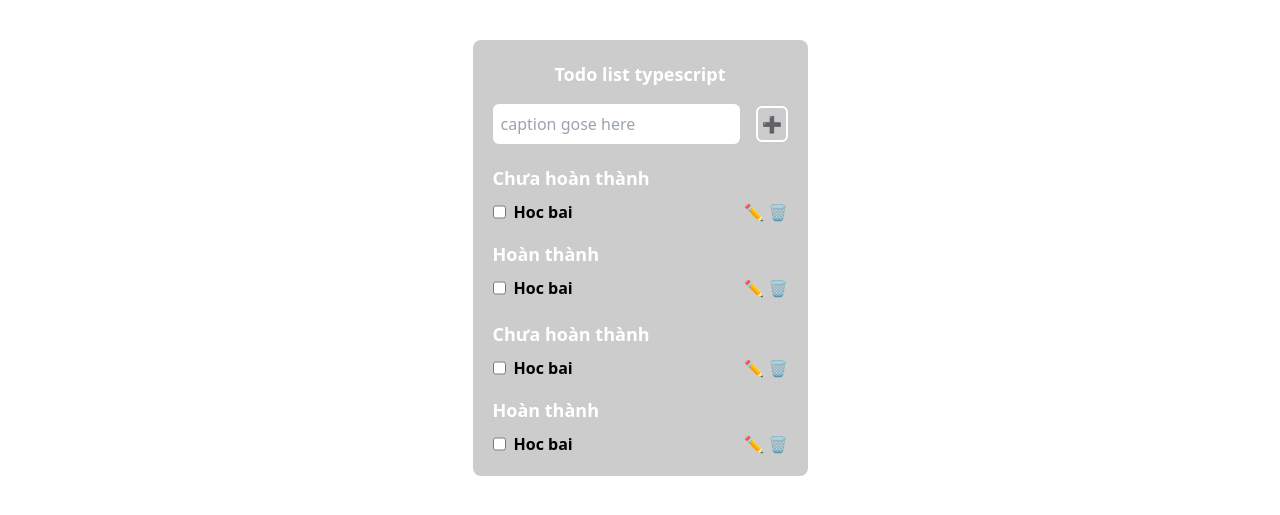
Repository: VIET-TU/react-super-main
Page: / (app in todolist-mybuild/)
An editor plug-in stored every save of this project. The page is shown before and after a run of saves, followed by the edit.
The browser window is 1280 px wide. The pictures show the whole page.
The project was rebuilt for these pictures with package versions that can differ from the ones it lists, and the page was loaded fresh each time. Also part of the build but not shown: todolist-mybuild/vite.config.ts.

Above is the page before, as saved 2023-05-16 07:07:02.

### todolist-mybuild/src/App.tsx
import TodoList from './components/TodoLists'

function App() {
  return (
    <>
      <TodoList></TodoList>
    </>
  )
}

export default App

### todolist-mybuild/src/index.css
@tailwind base;
@tailwind components;
@tailwind utilities;

css *,
*:before,
*:after {
  box-sizing: border-box;
}
* {
  margin: 0;
  padding: 0;
}

input,
select,
textarea {
  outline: none;
}
button {
  outline: none;
}

### todolist-mybuild/src/components/TodoLists/index.ts
import TodoList from './TodoList'

export default TodoList

### todolist-mybuild/src/components/TodoLists/TodoList.tsx
import { Todo } from '../../@types/todos.types'
import TaskInput from '../TaskInput'
import TaskList from '../TaskList'
import { useEffect, useState } from 'react'

const TodoList = () => {
  const [todos, setTodos] = useState<Todo[]>([])
  const [currentTodo, setCurrentTodo] = useState<Todo | null>(null)
  const doneTodos = todos.filter((todo) => todo.done)
  const notdoneTodos = todos.filter((todo) => !todo.done)

  useEffect(() => {
    const todosString = localStorage.getItem('todos')
    const todosObj: Todo[] = JSON.parse(todosString || '[]')
    setTodos(todosObj)
  }, [])

  const addTodo = (name: string): void => {
    const todo: Todo = {
      name,
      done: false,
      id: new Date().toISOString()
    }
    setTodos((pre) => [...pre, todo])
    const todosString = localStorage.getItem('todos')
    const todosObj: Todo[] = JSON.parse(todosString || '[]')
    const newTodoObj = [...todosObj, todo]
    localStorage.setItem('todos', JSON.stringify(newTodoObj))
  }

  const handleDoneTodo = (id: string, done: boolean) => {
    setTodos((prev) => {
      return prev.map((todo) => {
        if (todo.id === id) {
          return { ...todo, done }
        }
        return todo
      })
    })
  }

  const startEditTodo = (id: string) => {
    const findedTodo = todos.find((todo) => todo.id === id)
    if (findedTodo) {
      setCurrentTodo(findedTodo)
    }
  }

  const editTodo = (name: string) => {
    setCurrentTodo((prev) => {
      if (prev) {
        return { ...prev, name }
      }
      return prev
    })
  }

  const finishEditTodo = () => {
    setTodos((prev) => {
      return prev.map((todo) => {
        if (todo.id === (currentTodo as Todo).id) {
          return currentTodo as Todo
        }
        return todo
      })
    })
    setCurrentTodo(null)
  }

  const deleteTodo = (id: string) => {
    if (currentTodo) {
      setCurrentTodo(null)
    }

    setTodos((prev) => {
      const findedIndexTodo = prev.findIndex((todo) => todo.id === id)
      if (findedIndexTodo > -1) {
        const result = [...prev]
        result.splice(findedIndexTodo, 1) // delete 1 elem in array
        return result
      }
      return prev
    })
  }

  return (
    <div className='p-[20px] rounded-lg bg-[#ccc] max-w-max mx-auto my-10'>
      <TaskInput
        editTodo={editTodo}
        addTodo={addTodo}
        currentTodo={currentTodo}
        finishEditTodo={finishEditTodo}
      ></TaskInput>
      <TaskList
        handleDoneTodo={handleDoneTodo}
        todos={notdoneTodos}
        doneTaskList={false}
        startEditTodo={startEditTodo}
        deleteTodo={deleteTodo}
      />
      <TaskList
        handleDoneTodo={handleDoneTodo}
        todos={doneTodos}
        doneTaskList={true}
        startEditTodo={startEditTodo}
        deleteTodo={deleteTodo}
      />
    </div>
  )
}

export default TodoList

### todolist-mybuild/src/components/TaskInput/index.ts
import TaskInput from './TaskInput'

export default TaskInput

### todolist-mybuild/src/components/TaskInput/TaskInput.tsx
import React from 'react'

const TaskInput = () => {
  return (
    <div className='mb-2'>
      <h1 className='mb-4 text-lg font-bold text-white text-[20px] text-center'>Todo list typescript</h1>
      <form placeholder='enter your text'>
        <input className='p-2 mr-4 rounded-md outline-0' type='text' placeholder='caption gose here' />
        <button type='submit' className='p-1 border-2 border-white rounded-md'>
          ➕
        </button>
      </form>
    </div>
  )
}

export default TaskInput

### todolist-mybuild/src/components/TaskList/TaskList.tsx
import React from 'react'

const TaskList = () => {
  return (
    <div className='mt-5 font-bold'>
      <div className='mb-4 unfinish'>
        <h2 className='mb-2 text-lg font-bold text-white text-[20px]'>Chưa hoàn thành</h2>
        <div className='tasks '>
          <div className='flex justify-between task'>
            <div className='flex gap-2'>
              <input type='checkbox' name='' id=' ' />
              <span>Hoc bai</span>
            </div>
            <div className='flex gap-1'>
              <button>✏️</button>
              <button>🗑️</button>
            </div>
          </div>
        </div>
      </div>
      <div className='finish'>
        <h2 className='mb-2 text-lg font-bold text-white text-[20px]'>Hoàn thành</h2>
        <div className='tasks '>
          <div className='flex justify-between task'>
            <div className='flex gap-2'>
              <input type='checkbox' name='' id=' ' />
              <span>Hoc bai</span>
            </div>
            <div className='flex gap-1'>
              <button>✏️</button>
              <button>🗑️</button>
            </div>
          </div>
        </div>
      </div>
    </div>
  )
}

export default TaskList

Loaded but not shown: todolist-mybuild/index.html (common file); todolist-mybuild/src/main.tsx (common file); todolist-mybuild/src/components/TaskList/index.ts (common file); todolist-mybuild/tailwind.config.js (common file)

After the next 2 saves:
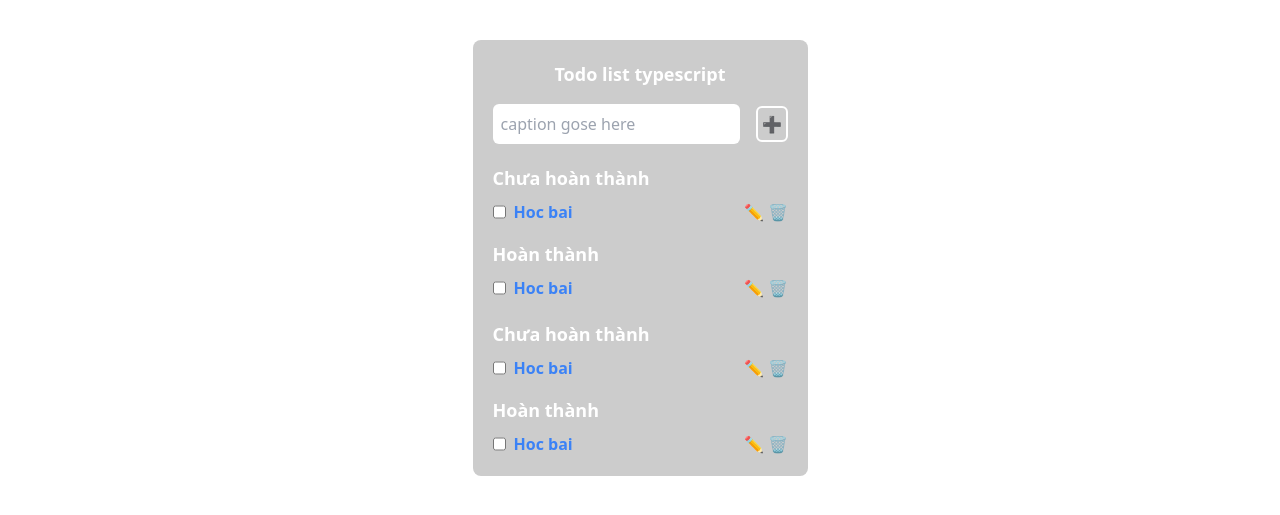
The 2 saves are shown as one change because they came seconds apart.
The last was saved 16 s later.
--- a/todolist-mybuild/src/components/TaskList/TaskList.tsx
+++ b/todolist-mybuild/src/components/TaskList/TaskList.tsx
@@ -2,7 +2,7 @@ import React from 'react'
 
 const TaskList = () => {
   return (
-    <div className='mt-5 font-bold'>
+    <div className='mt-5 font-bold text-blue-500'>
       <div className='mb-4 unfinish'>
         <h2 className='mb-2 text-lg font-bold text-white text-[20px]'>Chưa hoàn thành</h2>
         <div className='tasks '>
